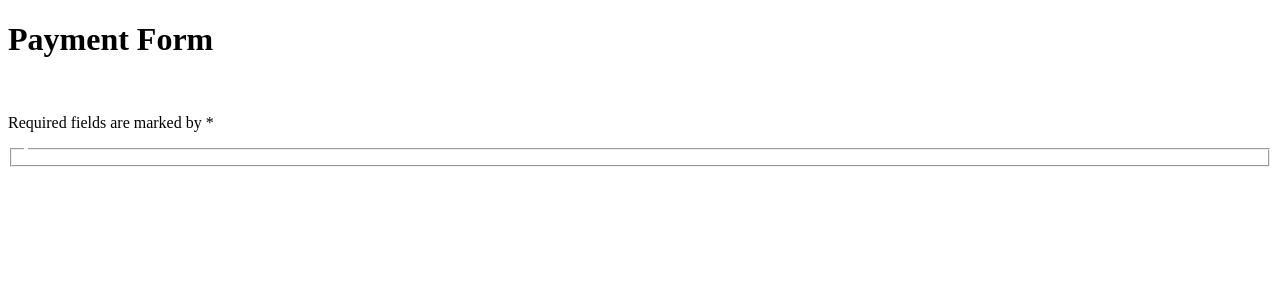
Repository: 10-2-pursuit/lab-intro-to-forms
Page: index.html
The author's editor kept a copy of each file at every save. The page is drawn from the files as they stood at one save, then again after a run of saves.
The browser window is 1280 px wide. The pictures show the whole page.

Above is the page before, as saved 2023-06-13 21:12:58.

### index.html
<!DOCTYPE html>
<html lang="en">
<head>
    <meta charset="UTF-8">
    <meta name="viewport" content="width=device-width, initial-scale=1.0">
    <title>Payment Form</title>
</head>
<body>
    <h1>Payment Form</h1>
    <br>
    <p>Required fields are marked by *</p>
    <form action="#" method="post">
        <fieldset>
            <legend></legend>


        </fieldset>
    </form>


</body>
</html>

After the next 2 saves:
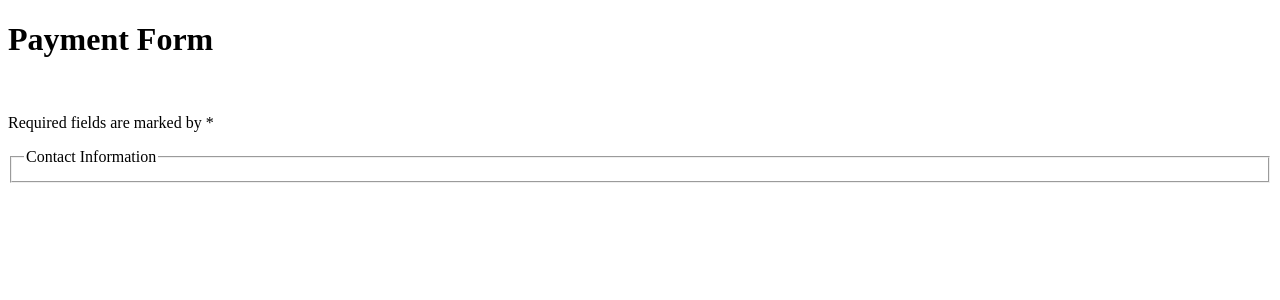
The 2 saves are shown as one change because they came seconds apart.
The last was saved 9 s later.
--- a/index.html
+++ b/index.html
@@ -11,7 +11,7 @@
     <p>Required fields are marked by *</p>
     <form action="#" method="post">
         <fieldset>
-            <legend></legend>
+            <legend>Contact Information</legend>
 
 
         </fieldset>
